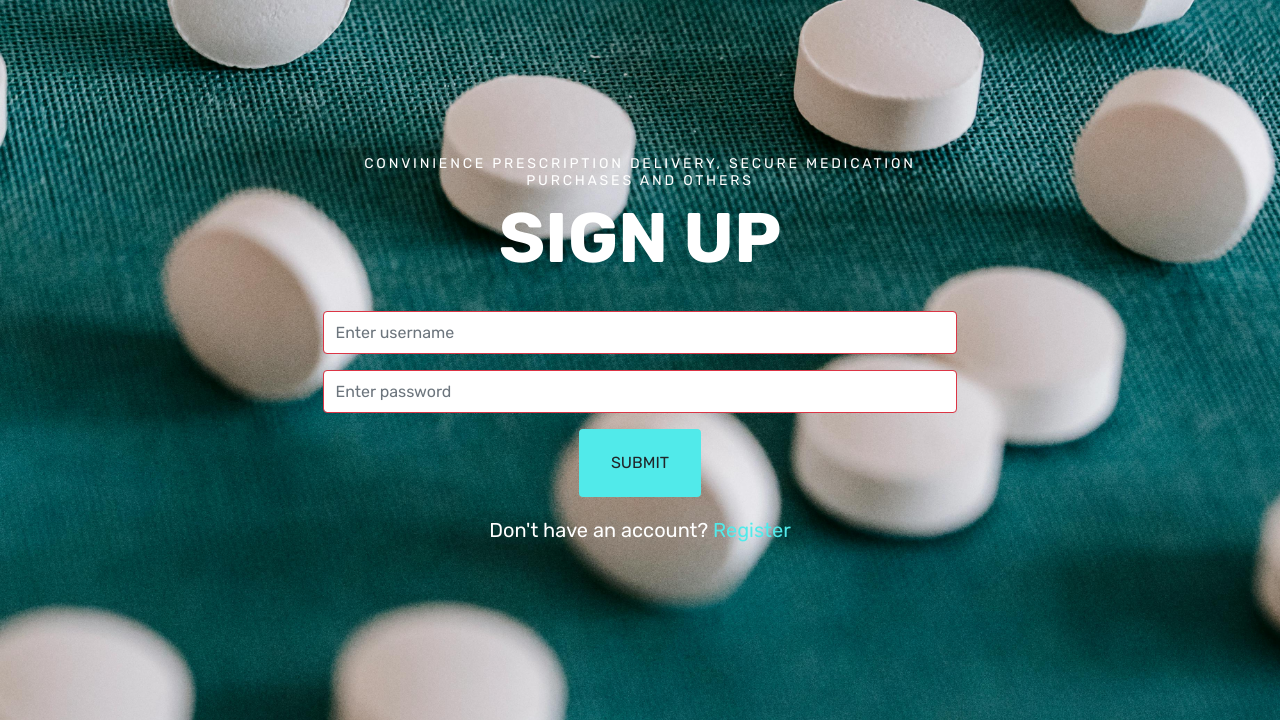
Repository: Argivist/Web-Doctor
Page: http://localhost/login/register.php
The author's editor kept a copy of each file at every save. The page is drawn from the files as they stood at one save, then again after the next save.
The browser window is 1280 px wide. The pictures show the whole page.
Some web fonts or font styles are not loaded; a fallback is used. The page is run by PHP 8.4 with error messages shown; the project is at /var/www/html/.

Above is the page before, as saved 2024-02-18 17:32:26.

After the next save:
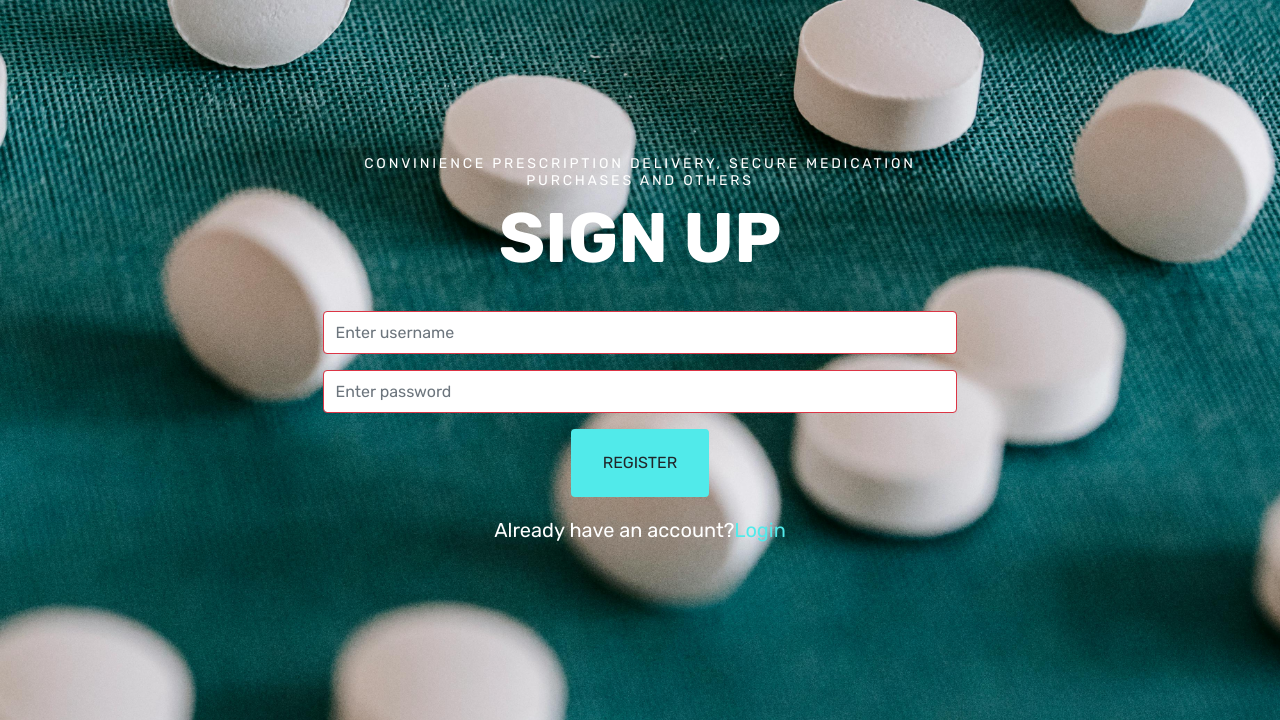
Saved 4 min 7 s later.
--- a/login/register.php
+++ b/login/register.php
@@ -38,9 +38,9 @@
                                     <input type="password" class="form-control" id="pwd" placeholder="Enter password" name="passwd" required>
                                 </div>
                                 <div class="mb-3" style="margin-bottom:30px;">
-                                    <button type="submit" class="btn btn-primary">Submit</button>
+                                    <button type="register" class="btn btn-primary">Register</button>
                                 </div>
-                                <p>Don't have an account? <a href="register.php">Register</a></p>
+                                <p>Already have an account?<a href="login.php">Login</a></p>
                             </form>
                         </div>
                     </div>
